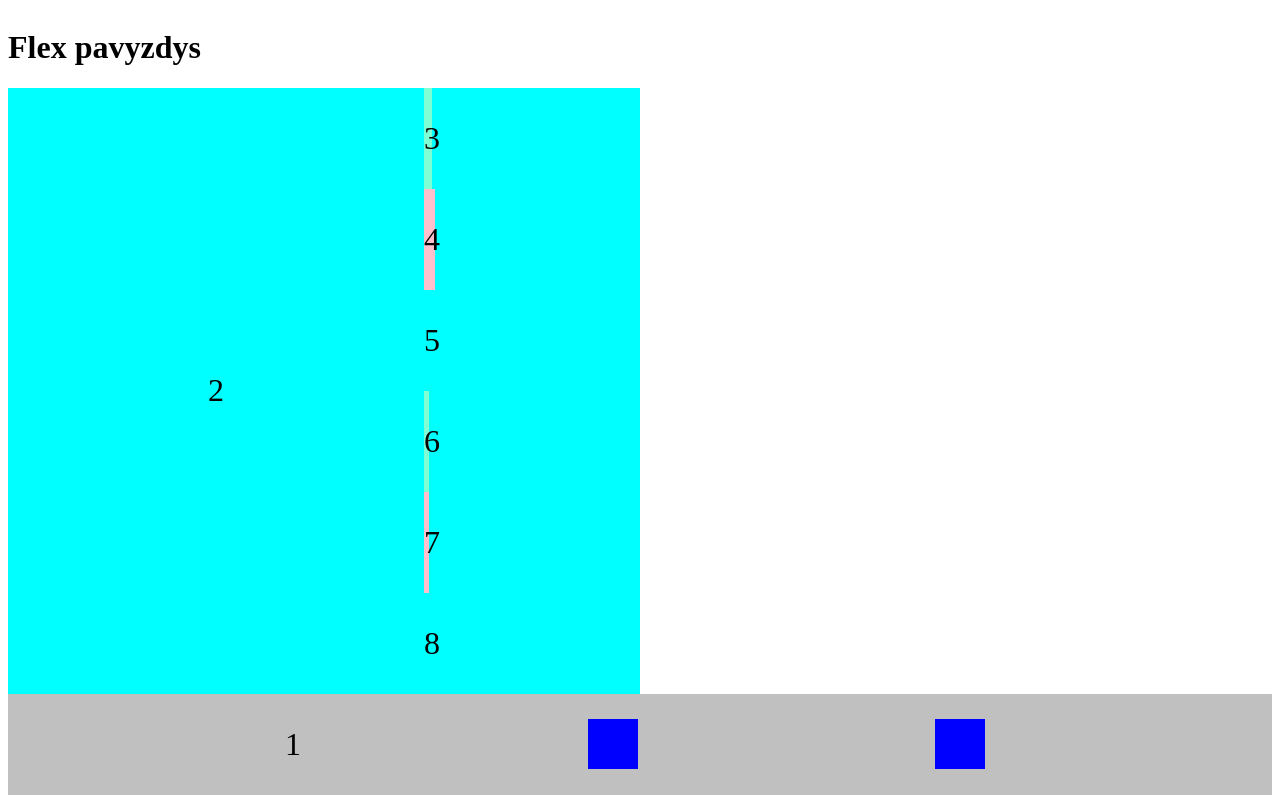
Repository: motiejus1/06-paskaita-invest
Page: index.html
These files come from the project's save history. The page is drawn as it stood at one moment and after the next save; the edit follows.
The browser window is 1280 px wide. The pictures show the whole page.

Above is the page before, as saved 2021-06-09 20:18:09.

After the next save:
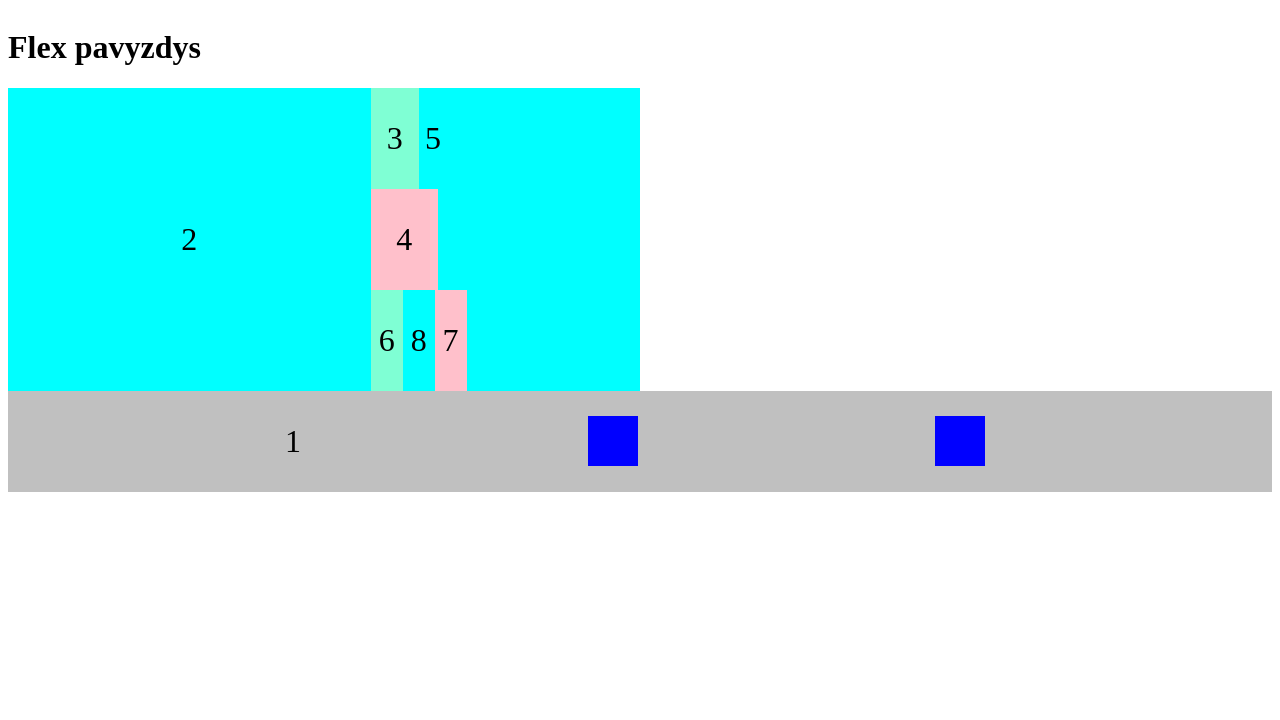
Saved 5 s later.
--- a/index.html
+++ b/index.html
@@ -186,7 +186,7 @@
                     </div>
                     <div class="flex-item-2 zydra">
                         <p>2</p>
-                        <div class="container"
+                        <div class="flex-container"
                     </div>
                     <div class="flex-item-3 zalsva"><p>3</p></div>
                     <div class="flex-item-4 rozine"><p>4</p></div>
